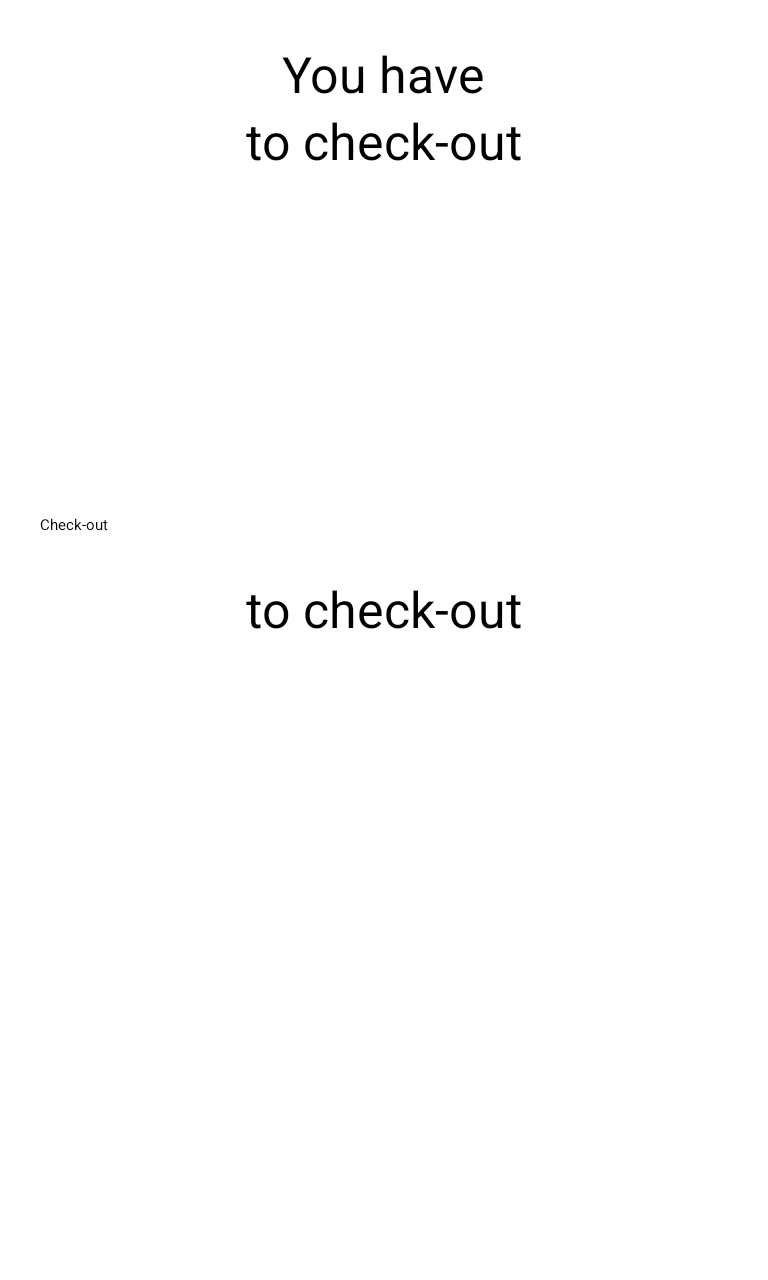
Repository: leo195162839/Test-Repo
Layout: TravelGuardian/res/layout/fragment_count__time__left.xml
The author's editor kept a copy of each file at every save. The layout is drawn from the files as they stood at one save, then again after the next save.
It is drawn on a 768 x 1280 px phone screen (xhdpi) without system bars, with theme Theme.Base.AppCompat; the app's code is not run.

Above is the layout before, as saved 2014-06-15 17:48:58.

After the next save:
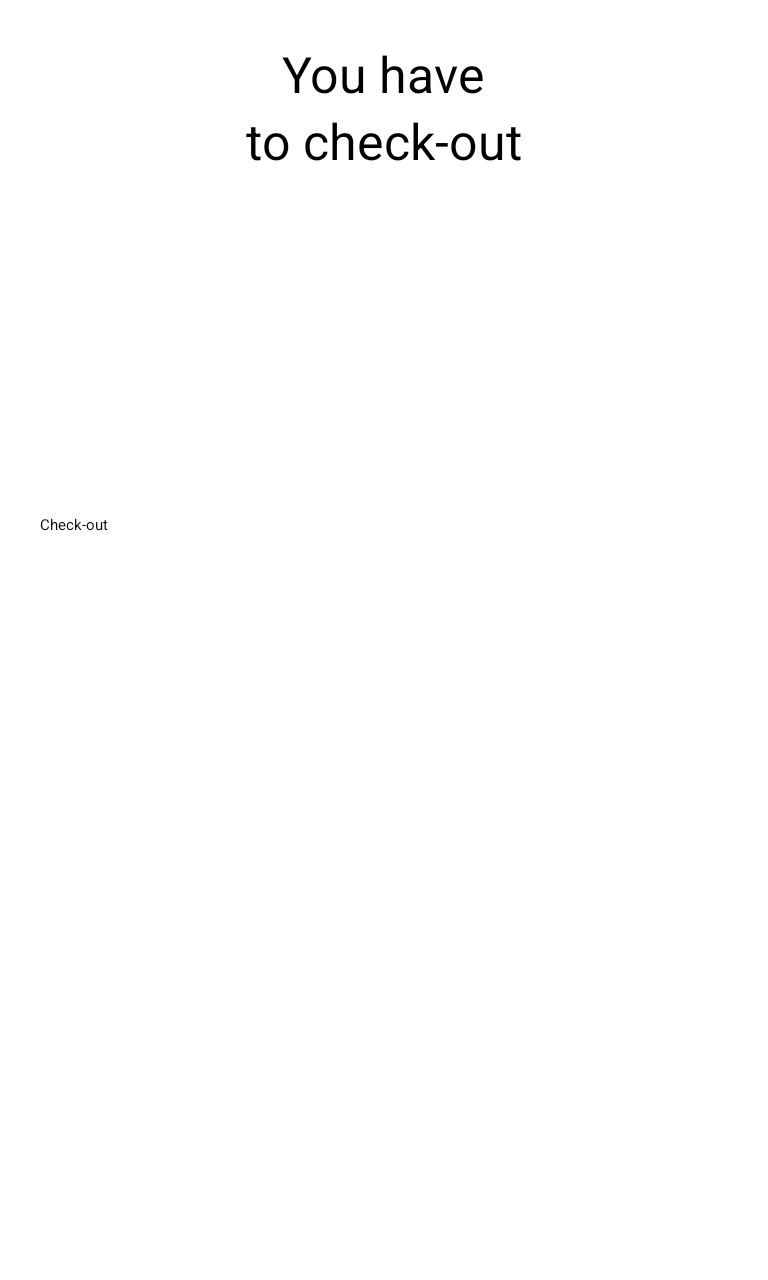
Saved 94 s later.
--- a/TravelGuardian/res/layout/fragment_count__time__left.xml
+++ b/TravelGuardian/res/layout/fragment_count__time__left.xml
@@ -30,17 +30,12 @@
         android:onClick="checkedOut"
         android:text="@string/button_checkout" />
 
-    <TextView
-        android:id="@+id/time_left_content3"
-        android:layout_width="wrap_content"
-        android:layout_height="wrap_content"
-        android:layout_gravity="center"
-        android:textSize="25sp"
-        android:text="@string/count_time_left2" />
+
 
     <ProgressBar
         android:id="@+id/progressBar1"
         style="?android:attr/progressBarStyleHorizontal"
+        android:layout_marginTop="10sp"
         android:layout_width="fill_parent"
         android:layout_height="wrap_content" />
 
